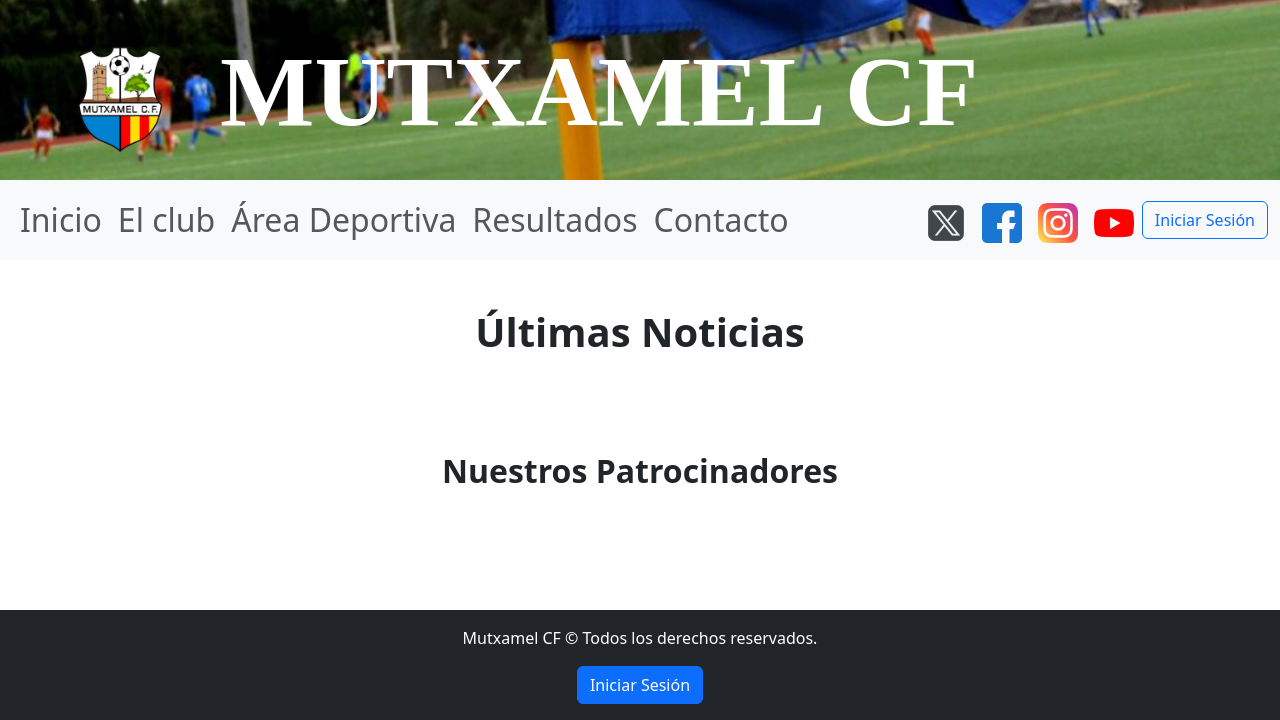
Repository: mikeluca/webMutxamelCF
Page: http://localhost/index
The author's editor kept a copy of each file at every save. The page is drawn from the files as they stood at one save, then again after the next save.
The browser window is 1280 px wide. The pictures show the whole page.
Some web fonts or font styles are not loaded; a fallback is used. The page is this project's Thymeleaf template; nobody is signed in. The template is opened directly, without the code that normally fills it, so the values that code supplies are empty.

Above is the page before, as saved 2024-10-27 15:47:42.

After the next save:
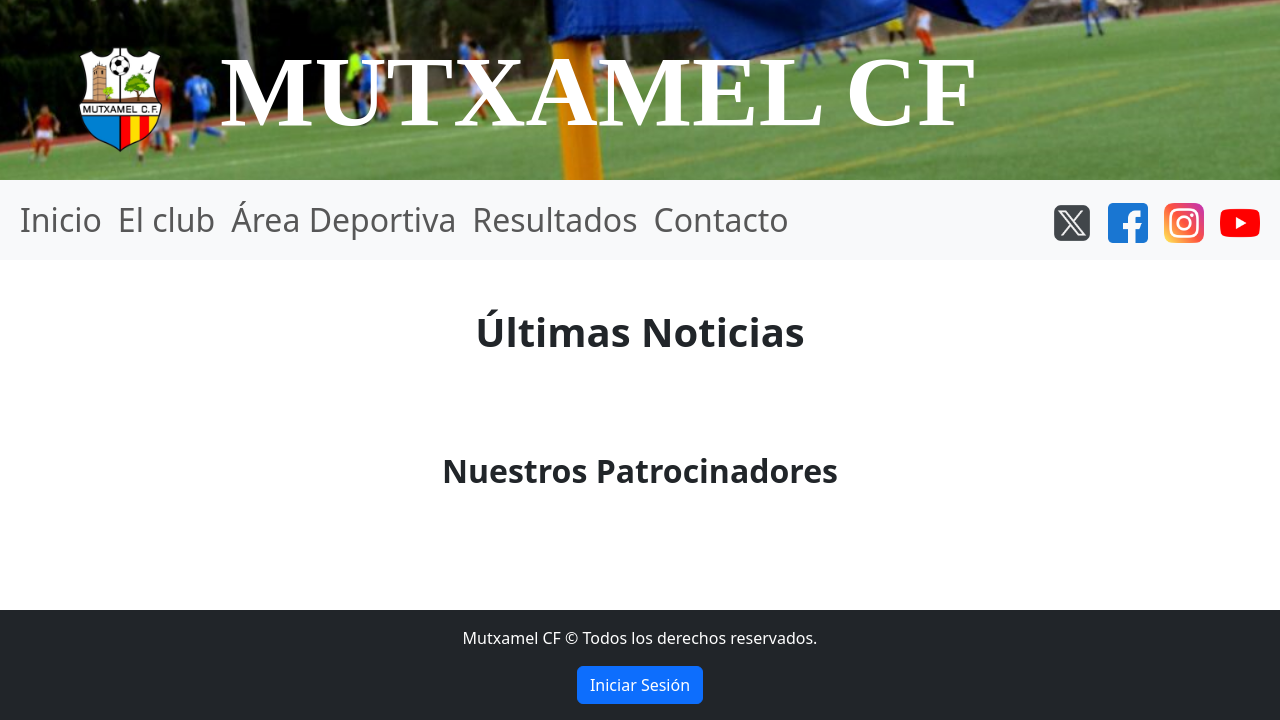
Saved 33 s later.
--- a/mvc/src/main/resources/templates/cabecera.html
+++ b/mvc/src/main/resources/templates/cabecera.html
@@ -90,10 +90,6 @@
 					<img src="/images/youtube.png" alt="YouTube" width="40" height="40">
 				</a>
 			</div>
-			<!-- Botón de login a la derecha -->
-			<button class="btn btn-outline-primary ms-auto" data-bs-toggle="modal" data-bs-target="#loginModal">
-				Iniciar Sesión
-			</button>
 		</div>
 	</nav>
 
@@ -123,49 +119,4 @@
 			</div>
 		</div>
 	</div>
-
-	<!-- JS de Bootstrap y Popper.js -->
-	<script src="https://cdn.jsdelivr.net/npm/@popperjs/core@2.11.6/dist/umd/popper.min.js"></script>
-	<script src="https://cdn.jsdelivr.net/npm/bootstrap@5.3.0-alpha1/dist/js/bootstrap.min.js"></script>
-	<script>
-		document.addEventListener("DOMContentLoaded", function () {
-
-			document.getElementById('loginButton').addEventListener('click', function () {
-				event.preventDefault(); // Evita que el formulario se envíe normalmente
-
-				// Captura los valores de usuario y contraseña
-				const usuario = document.getElementById('usuario').value;
-				const password = document.getElementById('password').value;
-
-				// Hacemos una petición AJAX al backend para validar el login
-				fetch('/login', {
-					method: 'POST',
-					headers: {
-						'Content-Type': 'application/json',
-					},
-					body: JSON.stringify({username: usuario, password: password}),
-				})
-					.then(response => response.json())
-					.then(data => {
-						if (data.valid) {
-							// Si el login es exitoso, cerramos el modal y mostramos la opción restringida
-							const modal = bootstrap.Modal.getInstance(document.getElementById('loginModal'));
-							modal.hide();
-
-							if (data.role === 'ROLE_ADMIN') {
-								// Muestra una opción específica si el usuario tiene el rol de admin
-								document.getElementById('menu-restringido').style.display = 'block';
-							}
-						} else {
-							// Mostrar un mensaje de error si el login falla
-							document.getElementById('loginError').style.display = 'block';
-						}
-					})
-					.catch(error => {
-						console.error('Error al validar el login:', error);
-					});
-			});
-		});
-	</script>
-
 </div>
